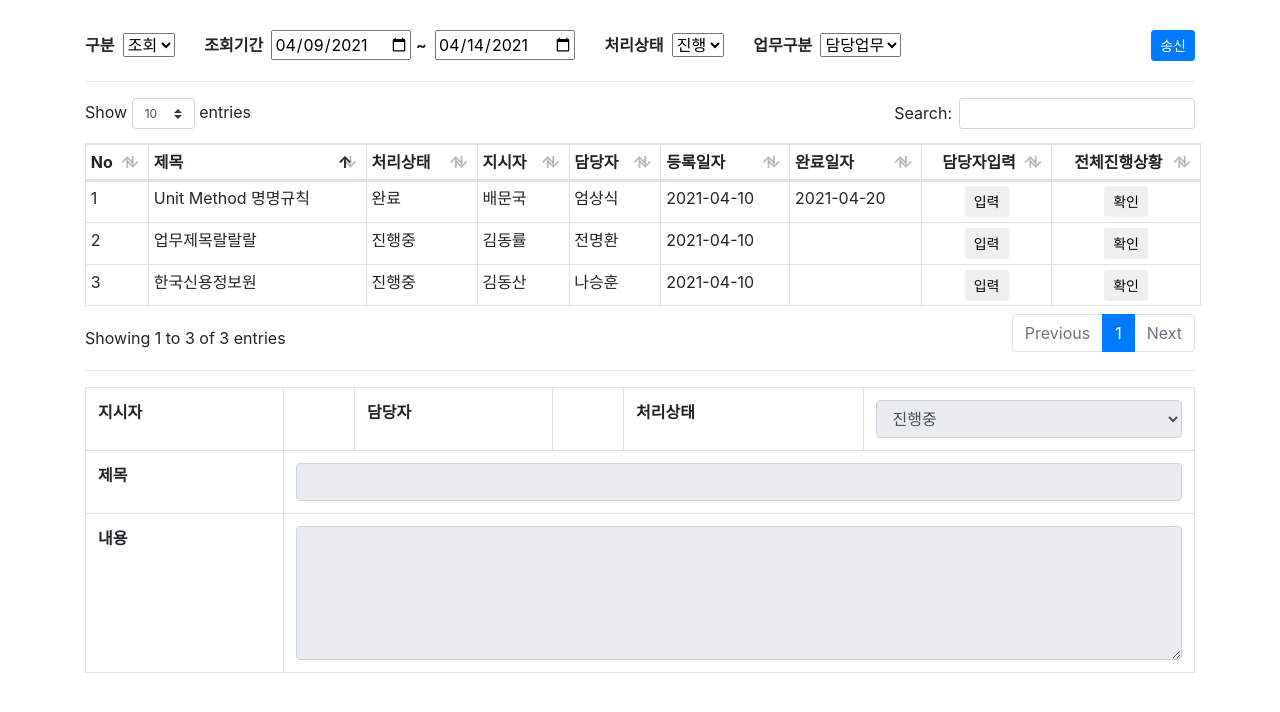
Repository: jungtaeyong/FSB_Project
Page: http://localhost/FsbJobMgt/main.jsp
The author's editor kept a copy of each file at every save. The page is drawn from the files as they stood at one save, then again after the next save.
The browser window is 1280 px wide. The pictures show the whole page.
The page is served by Tomcat 9.

Above is the page before, as saved 2021-04-14 08:40:42.

After the next save:
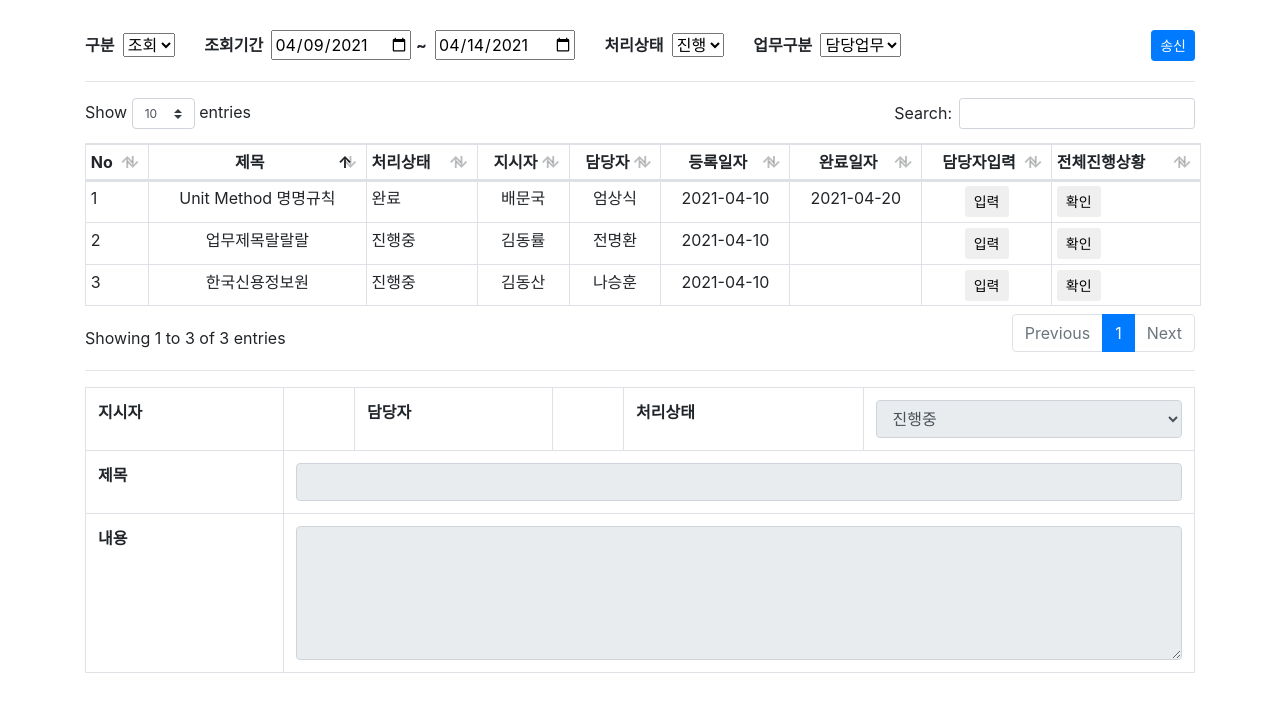
Saved 32 s later.
--- a/FsbJobMgt/WebContent/main.jsp
+++ b/FsbJobMgt/WebContent/main.jsp
@@ -108,7 +108,7 @@ function setTable(){
                 return '<button name="second_btn" class="btn btn-sm btn-default">확인</button>'
             }}
         ],
-        columnDefs: [{ className: 'text-center', targets: [-1,-2] }],
+        columnDefs: [{ className: 'text-center', targets: [1,3,4,5,6,7] }],
         order: [[ 1, 'asc' ]]
     } );
 
